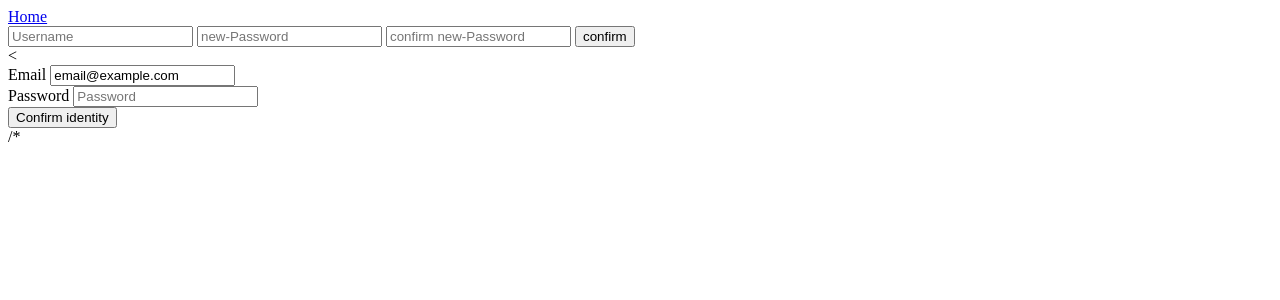
Repository: YagahAi/MARCATIR
Page: forgottenpass.html
An editor plug-in stored every save of this project. The page is shown before and after a run of saves, followed by the edit.
The browser window is 1280 px wide. The pictures show the whole page.

Above is the page before, as saved 2023-09-27 11:26:47.

After the next 2 saves:
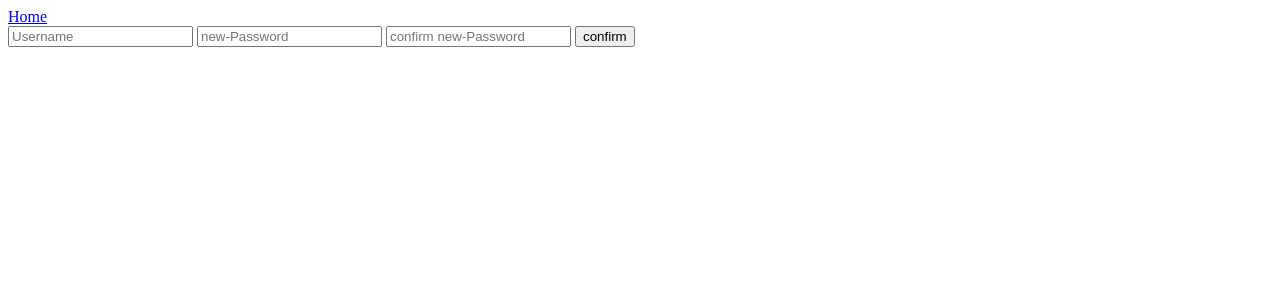
The 2 saves are shown as one change because they came seconds apart.
The last was saved 6 s later.
--- a/forgottenpass.html
+++ b/forgottenpass.html
@@ -14,7 +14,7 @@
         <button type="submit" onclick="confirm()">confirm</button>
         </form>
 
-        <<form class="row g-3">
+        <!--<form class="row g-3">
             <div class="col-auto">
               <label for="staticEmail2" class="visually-hidden">Email</label>
               <input type="text" readonly class="form-control-plaintext" id="staticEmail2" value="email@example.com">
